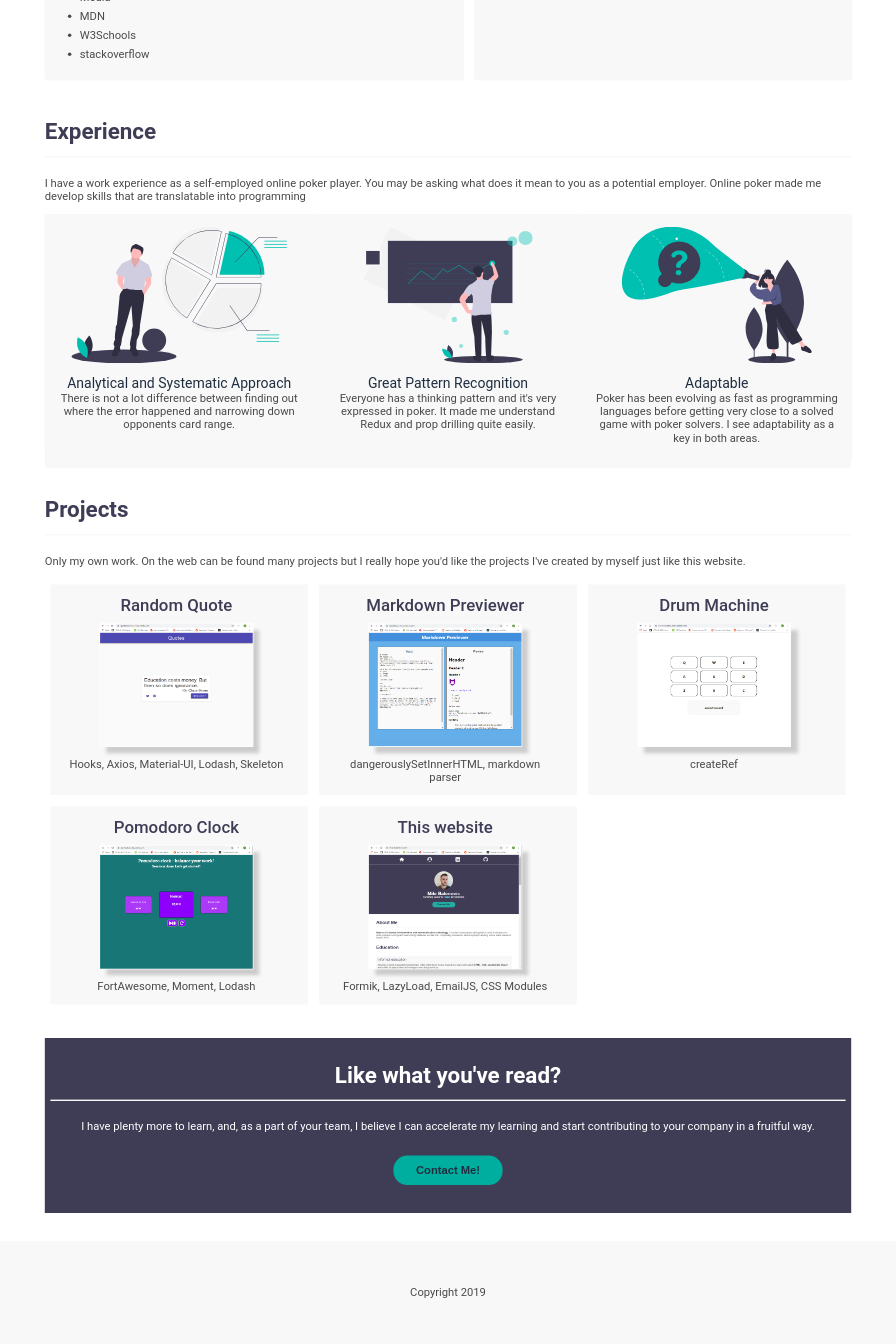
Repository: milac0/my-website
Page: /
These files come from the project's save history. The page is drawn as it stood at one moment and after the next save; the edit follows.
The browser window is 1280 px wide. The pictures show the part of the page from y = 917 to 2837 px (the page is 2837 px tall), at 70% of full size.
The project was rebuilt for these pictures with package versions that can differ from the ones it lists, and the page was loaded fresh each time. Also part of the build but not shown: src/components/formContact.module.css, src/components/FormContact.js, src/pages/contact.module.css, src/pages/Contact.js. Imported but missing from the stored project, and not drawn on this page: src/resume.pdf.

Above is the page before, as saved 2019-10-29 20:00:35.

After the next save:
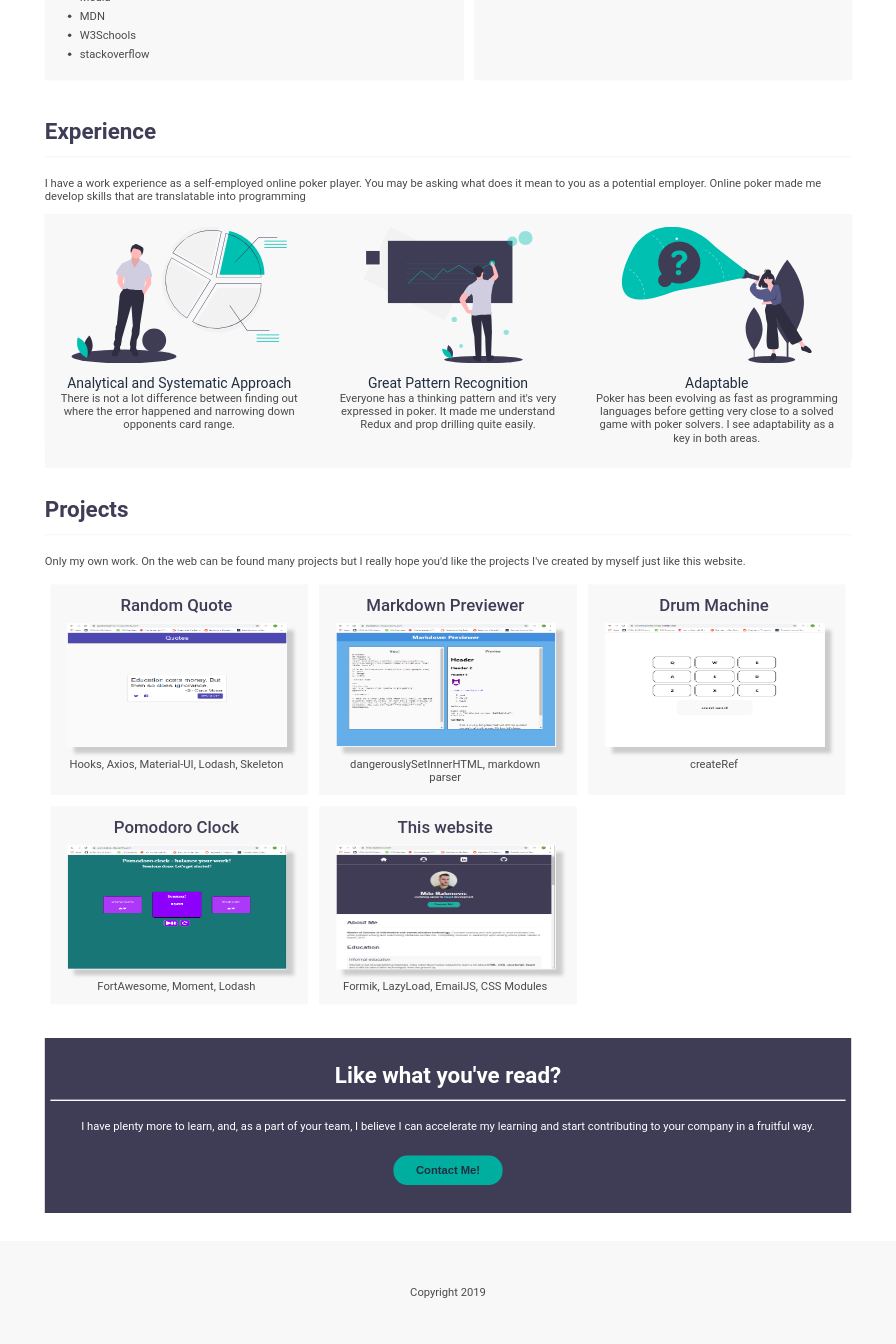
Saved 24 s later.
--- a/src/index.css
+++ b/src/index.css
@@ -323,6 +323,6 @@ footer {
   }
 
   .project-image {
-    max-width: 100%;
-  }
-}
+    width: 100%;
+  }
+}
